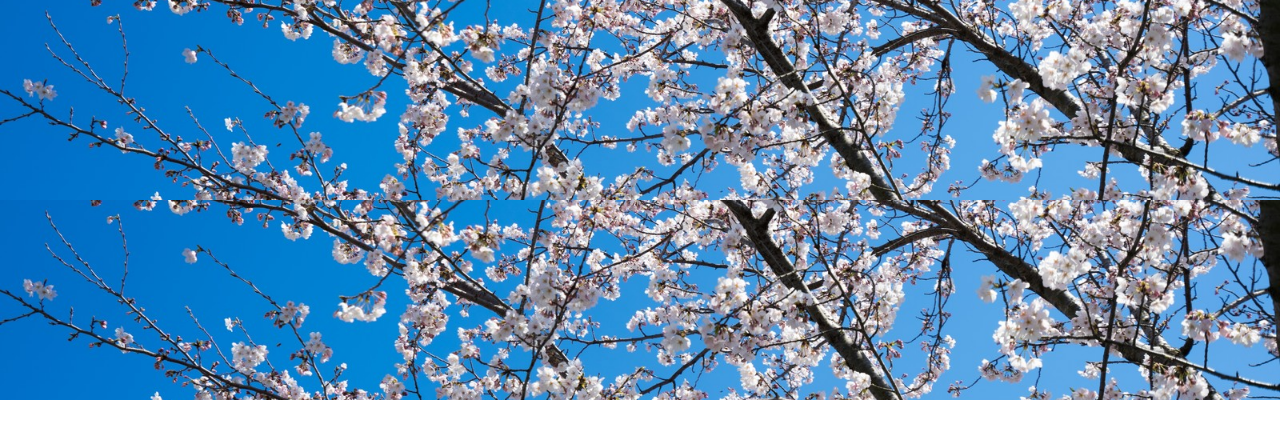
Repository: pureforest/html
Page: chapter6/6-text.html
The author's editor kept a record of every edit. The page is drawn from the files as they stood at one moment, then again after the next edit.
The browser window is 1280 px wide. The pictures show the whole page.

Above is the page before.

### chapter6/6-text.html
<!DOCTYPE html>
<html lang="ja">
  <head>

    <meta charest="UTF-8"/>
    <link rel="stylesheet" href="6-style.css"/>
    <title>cherry brossom</title>
    </head>

    <body>
      <div class="main">
        <div class="main-1"></div>
        <div class="main-2"></div>
        <div class="main-3"></div>
        <div class="main-4"></div>
      </div>
    </body>

### chapter6/6-style.css
* {
  margin: 0;
  padding: 0;
  box-sizing: border-box;
  color: #6c6b6b;
}

.main-1{
  width:100%;
  height: 200px;
  background-image: url(img/box1.jpg);
  background-size: cover;
  background-position: center;
}

.main-2{
  width:100%;
  height: 200px;
  background-image: url(img/box1.jpg);
  background-size: cover;
  background-position: center;
}

.main-1{
  width:100%;
  height: 200px;
  background-image: url(img/box1.jpg);
  background-size: cover;
  background-position: center;
}

.main-1{
  width:100%;
  height: 200px;
  background-image: url(img/box1.jpg);
  background-size: cover;
  background-position: center;
}

After the next edit:
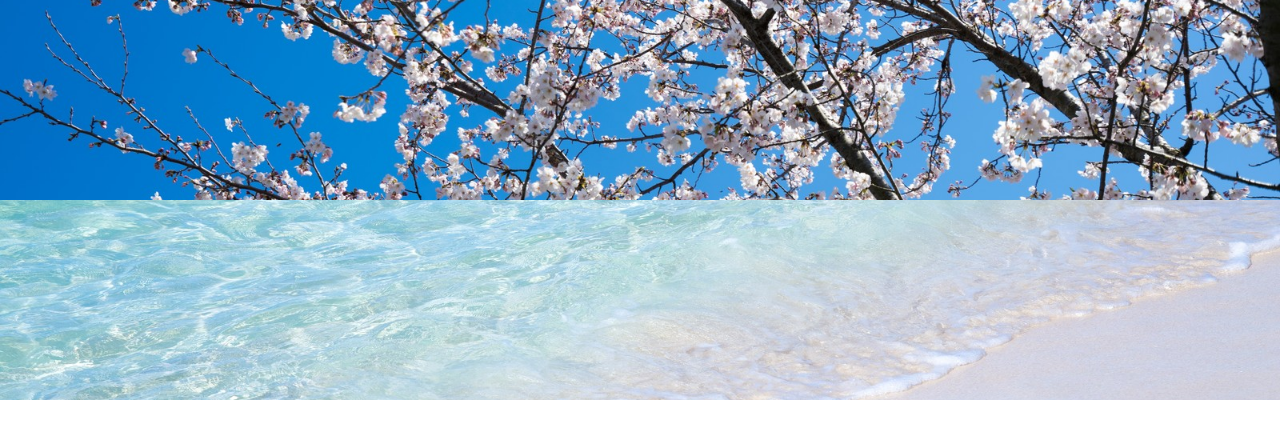
The edit:
--- a/chapter6/6-style.css
+++ b/chapter6/6-style.css
@@ -16,7 +16,7 @@
 .main-2{
   width:100%;
   height: 200px;
-  background-image: url(img/box1.jpg);
+  background-image: url(img/box2.jpg);
   background-size: cover;
   background-position: center;
 }
